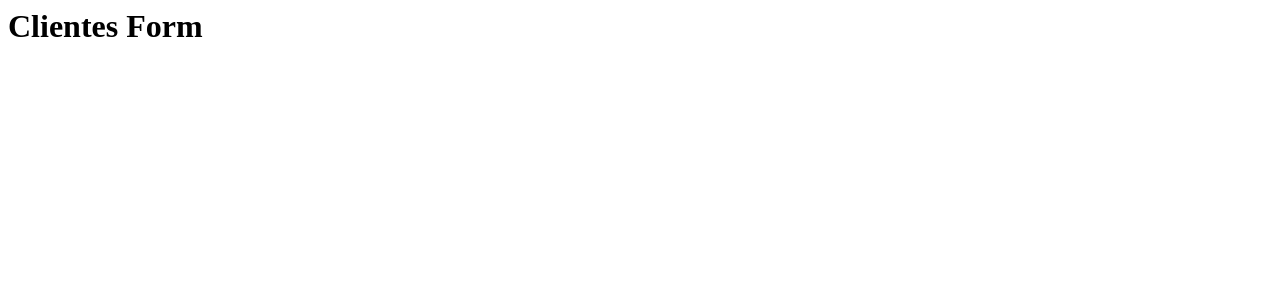
Repository: adrielwerlich/aulas_webdev_sistemasdeinfo
Page: http://localhost/includes/produtos-form.php
The author's editor kept a copy of each file at every save. The page is drawn from the files as they stood at one save, then again after the next save.
The browser window is 1280 px wide. The pictures show the whole page.
The page is run by PHP 8.4 with error messages shown; the project is at /var/www/html/.

Above is the page before, as saved 2019-03-15 20:03:16.

### includes/produtos-form.php
<div class="container">
<div class="row">
 <form action="#" >
  <h1 class="text-warning">Clientes Form</h1>
 </form>
</div>
</div>

After the next save:
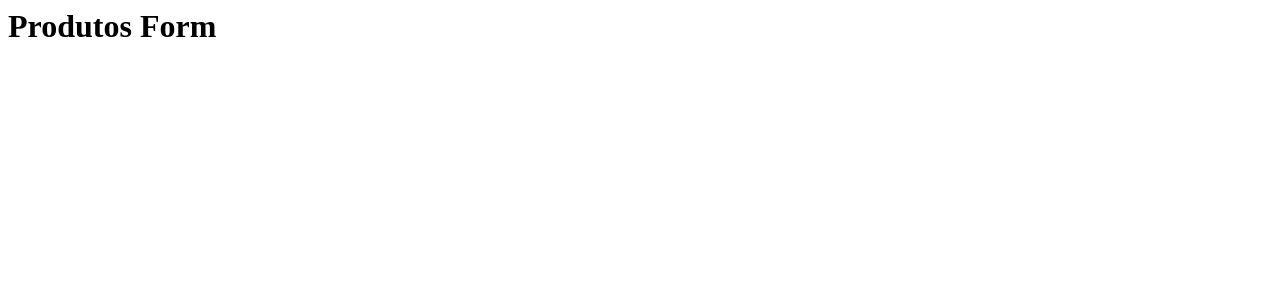
Saved 8 s later.
--- a/includes/produtos-form.php
+++ b/includes/produtos-form.php
@@ -1,7 +1,7 @@
 <div class="container">
 <div class="row">
  <form action="#" >
-  <h1 class="text-warning">Clientes Form</h1>
+  <h1 class="text-warning">Produtos Form</h1>
  </form>
 </div>
 </div>
